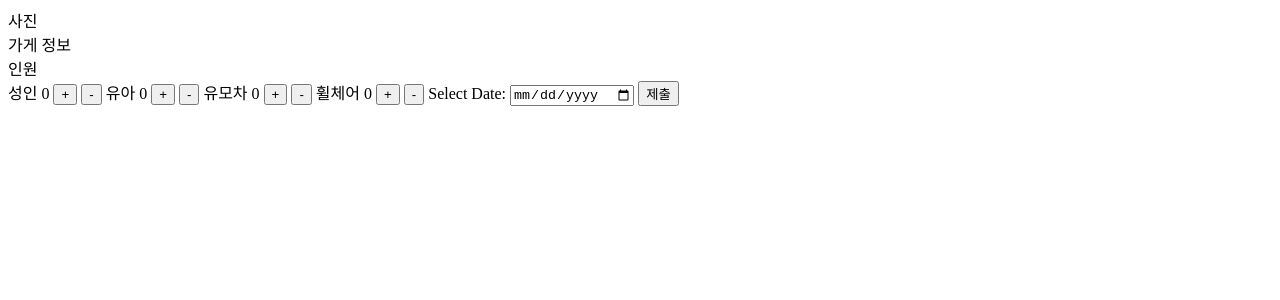
Repository: MeGuuuun/-_TableJava
Page: http://localhost/kimbanbagi/book.jsp
The author's editor kept a copy of each file at every save. The page is drawn from the files as they stood at one save, then again after the next save.
The browser window is 1280 px wide. The pictures show the whole page.
The page is served by Tomcat 10.

Above is the page before, as saved 2024-06-03 01:47:58.

After the next save:
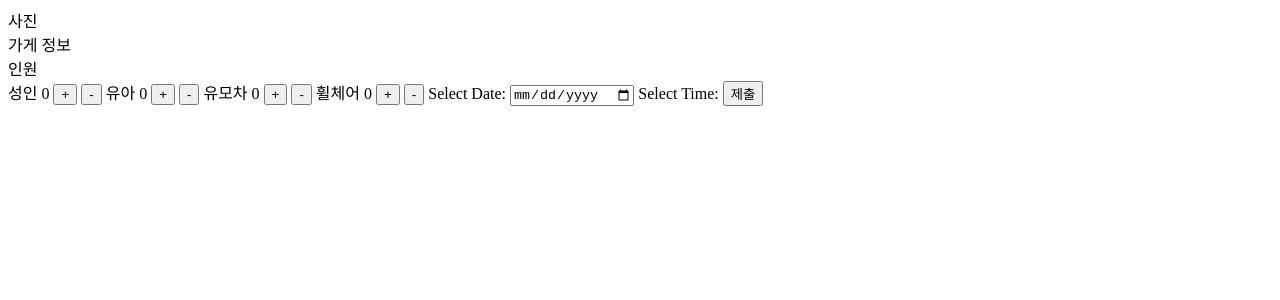
Saved 2 min 5 s later.
--- a/tableJava/kimbanbagi/WebContent/book.jsp
+++ b/tableJava/kimbanbagi/WebContent/book.jsp
@@ -42,6 +42,7 @@
   			<label for="dateInput">Select Date:</label>
 			<input type="date" id="dateInput" name="dateValue">
 
+			<label for="timeInput">Select Time:</label>
     		<button type="submit" id="submitBtn">제출</button>
 		</div>
 		<script>
